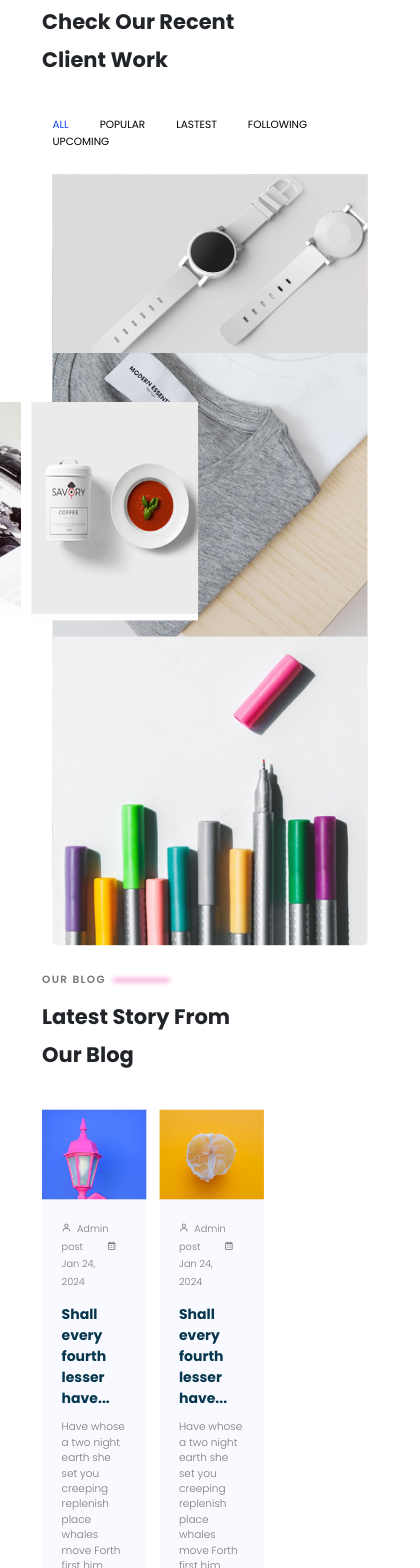
Repository: whoami2991/Sardorbek-Portfolio---Home
Page: index.html
The author's editor kept a copy of each file at every save. The page is drawn from the files as they stood at one save, then again after the next save.
The browser window is 600 px wide. The pictures show the part of the page from y = 3935 to 6175 px (the page is 7987 px tall before and 8278 px after), at 70% of full size.

Above is the page before, as saved 2024-08-03 22:08:34.

After the next save:
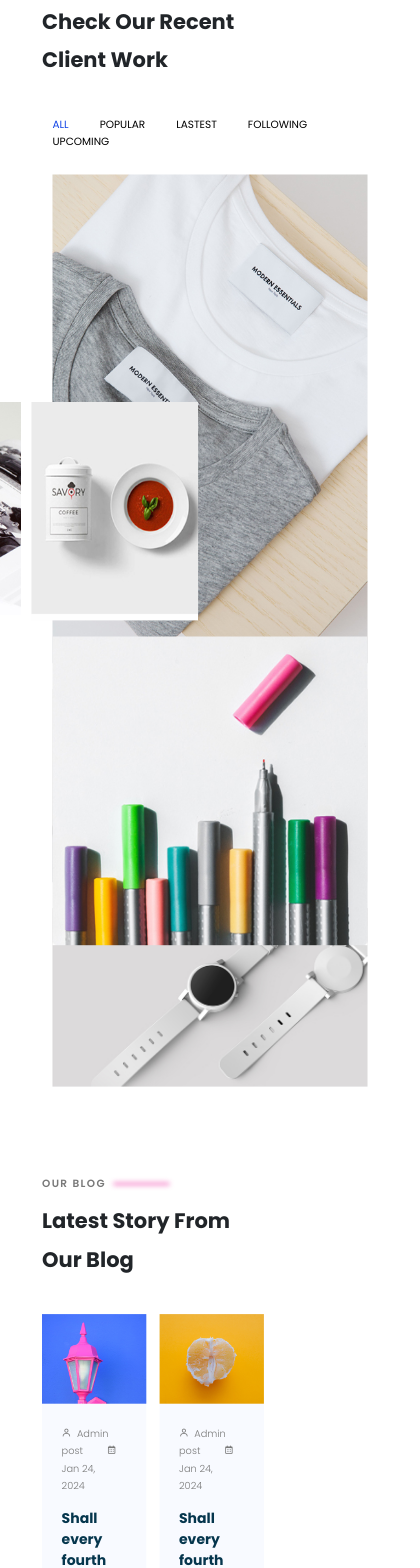
Saved 2 min 26 s later.
--- a/styles.css
+++ b/styles.css
@@ -498,4 +498,7 @@
     .portfolio-item{
         width: 100%;
     }
-}
+    .portfolio-item-3{
+        position: static;
+    }
+}
